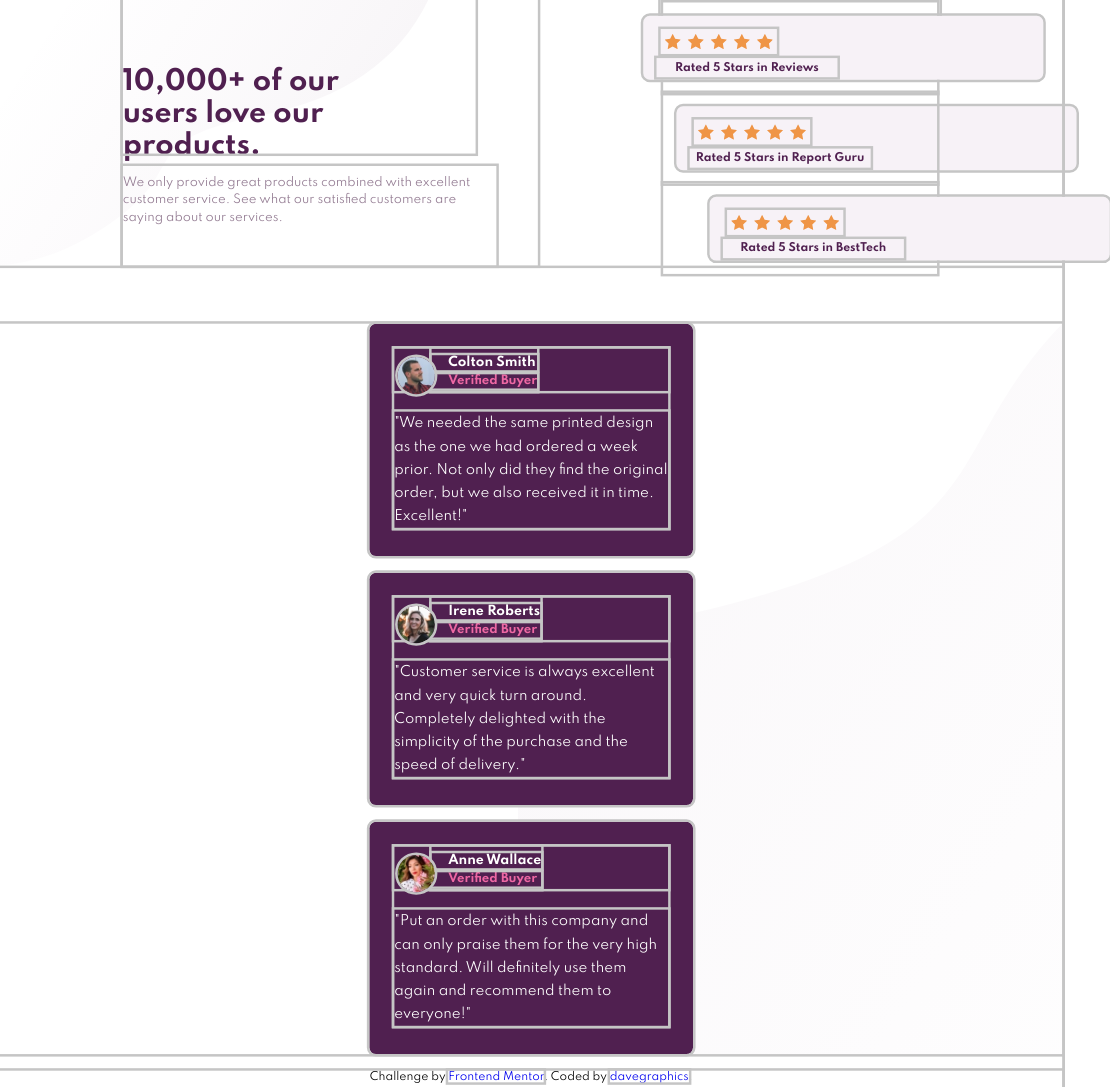
Repository: DejV44/social-proof-section-master
Page: index.html
An editor plug-in stored every save of this project. The page is shown before and after the next save, followed by the edit.
The browser window is 1280 px wide. The page is 1337 px wide, so the pictures cover 1337 px, including what lies to the right of the window. The pictures show the whole page, at 83% of full size.
The style sheet was rebuilt from its Sass, Less or Tailwind sources for each picture, by a compiler version that may differ from the author's.

Above is the page before, as saved 2021-06-23 21:06:07.

After the next save:
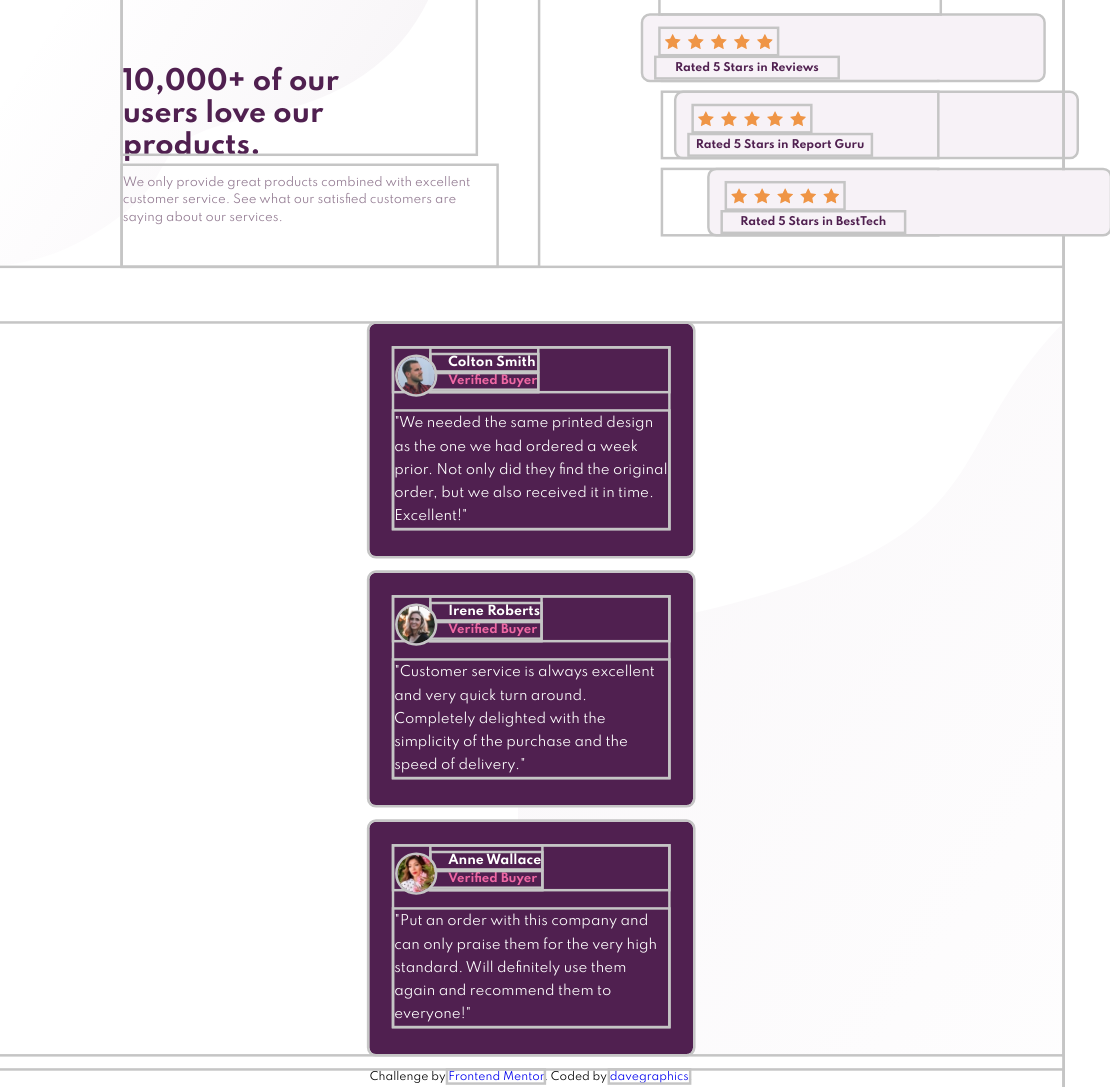
Saved 68 s later.
--- a/css/main.scss
+++ b/css/main.scss
@@ -215,7 +215,7 @@
             li {
                 width: 450px;
                 height: 45px;
-                display: inline-block;
+                display: block;
                 padding-top: 0;
 
                 img {

After the save that followed:
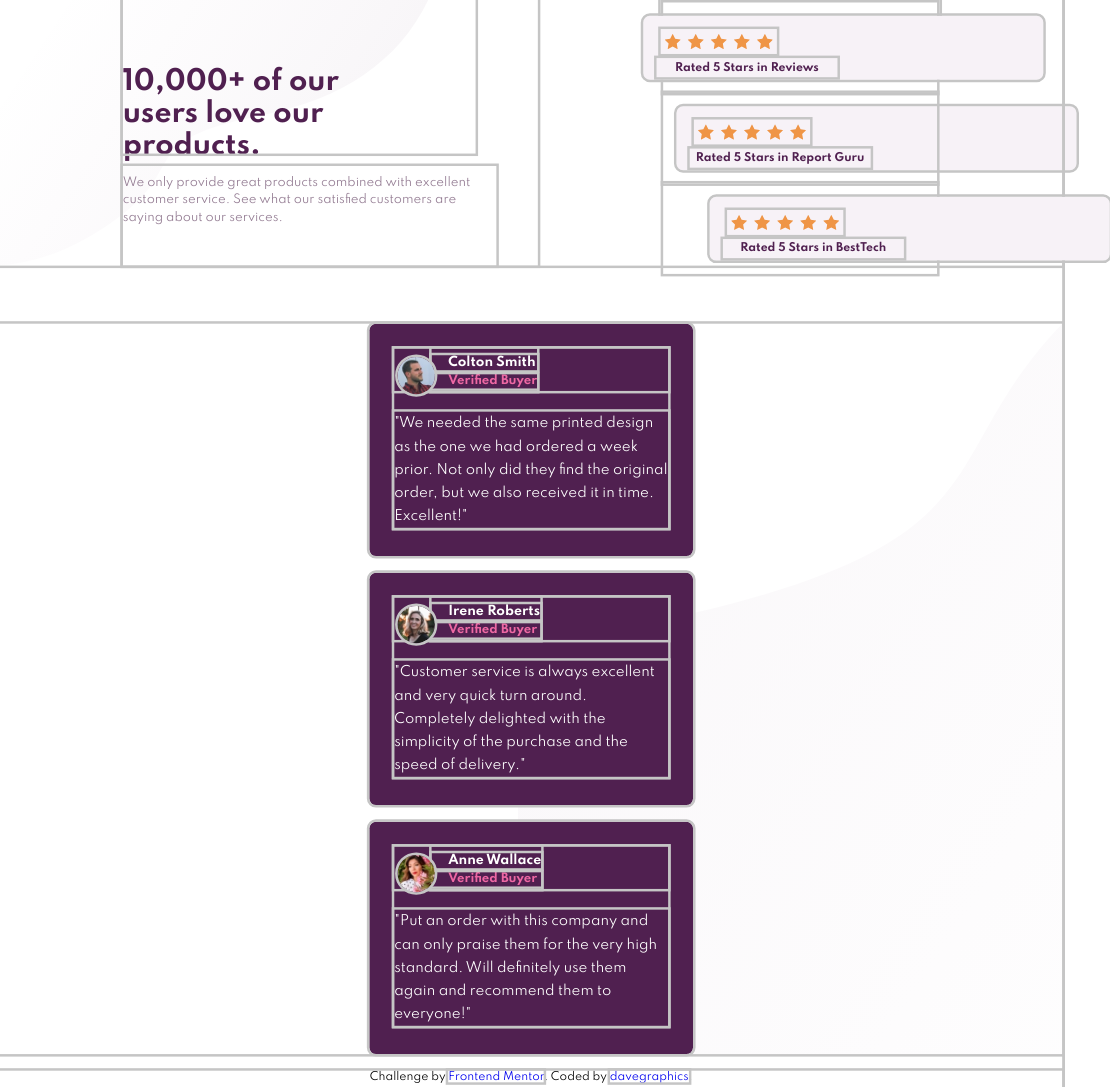
Saved 30 s later.
--- a/css/main.scss
+++ b/css/main.scss
@@ -215,7 +215,7 @@
             li {
                 width: 450px;
                 height: 45px;
-                display: block;
+                display: inline-block;
                 padding-top: 0;
 
                 img {
